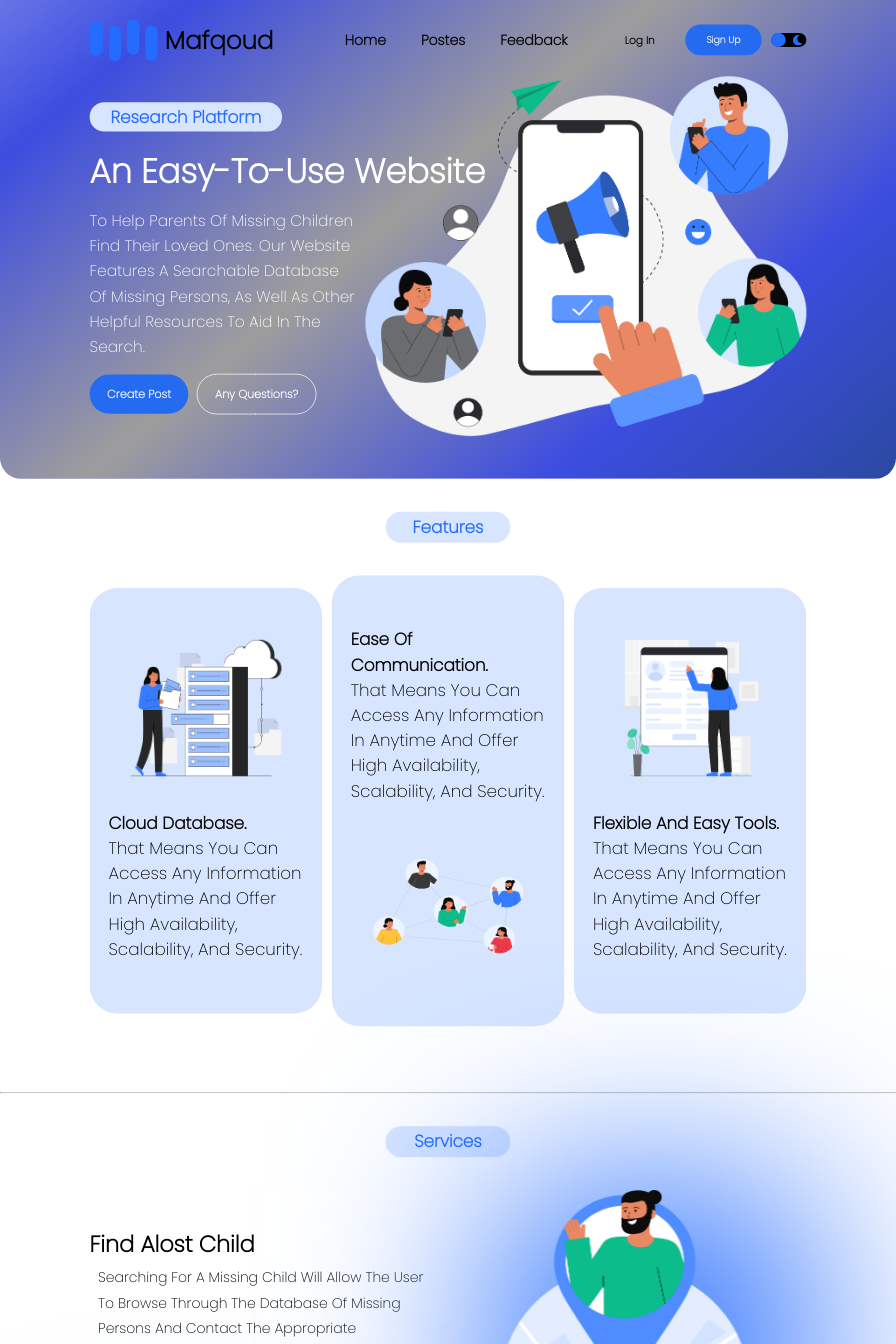
Repository: MohamedMahmoud41/Mafqoud
Page: / (app in Mafqoud/)
The author's editor kept a copy of each file at every save. The page is drawn from the files as they stood at one save, then again after the next save.
The browser window is 1280 px wide. The pictures show the part of the page from y = 0 to 1920 px (the page is 3257 px tall), at 70% of full size.
The project was rebuilt for these pictures with package versions that can differ from the ones it lists, and the page was loaded fresh each time. Also part of the build but not shown: Mafqoud/src/components/forms/postForm/CreatePost.jsx, Mafqoud/src/components/Services/posters/posters.jsx, Mafqoud/src/components/Services/Services.jsx, Mafqoud/src/components/forms/login.css, Mafqoud/src/components/forms/signup.css, Mafqoud/src/components/forms/SignupForm.js, Mafqoud/src/components/forms/Authentication.js, Mafqoud/src/components/forms/LoginForm.js and 8 more. Imported but missing from the stored project, and not drawn on this page: Mafqoud/src/components/post/CreatPost.

Above is the page before, as saved 2023-06-26 15:22:17.

### Mafqoud/public/index.html
<!DOCTYPE html>
<html lang="en">
  <head>
    <meta charset="utf-8" />
    <link rel="icon" href="./images/Group_2.png" />
    <meta name="viewport" content="width=device-width, initial-scale=1" />
    <meta name="theme-color" content="#000000" />
    <meta
      name="description"
      content="Web site created using create-react-app"
    />
    <link rel="apple-touch-icon" href="%PUBLIC_URL%/logo192.png" />
    <link
      rel="stylesheet"
      href="https://cdnjs.cloudflare.com/ajax/libs/font-awesome/6.4.0/css/all.min.css"
      integrity="sha512-iecdLmaskl7CVkqkXNQ/ZH/XLlvWZOJyj7Yy7tcenmpD1ypASozpmT/E0iPtmFIB46ZmdtAc9eNBvH0H/ZpiBw=="
      crossorigin="anonymous"
      referrerpolicy="no-referrer"
    />

    <title>Mafqoud</title>
  </head>
  <body>
    <noscript>You need to enable JavaScript to run this app.</noscript>
    <div id="root"></div>
  </body>
</html>

### Mafqoud/src/App.css
@import url("https://fonts.googleapis.com/css2?family=Poppins:wght@100;200&display=swap");

* {
  padding: 0;
  margin: 0;
  box-sizing: border-box;
  font-family: "Poppins";
}
html {
  font-size: 62.5%;
}
body {
  font-family: "Lora", serif;
  background-color: #fff;
  overflow-x: hidden;
}
::-webkit-scrollbar {
  width: 0.6rem;
}
::-webkit-scrollbar-track {
  background-color: transparent;
}
::-webkit-scrollbar-thumb {
  background-color: #246bef;
  border-bottom-right-radius: 1rem;
  border-bottom-left-radius: 1rem;
  transition: all 0.3s;
}
::-webkit-scrollbar-thumb:hover {
  background-color: #2060d7;
}
.container {
  max-width: 80%;
  margin: auto;
}

.flex {
  display: flex;

  align-items: center;
}
.row {
  display: flex;
}
.align-items {
  align-items: center;
}
.justify-content {
  justify-content: space-between;
}
.gap-10 {
  gap: 1rem;
}
a {
  text-decoration: none;
  color: #000;
  text-transform: capitalize;
}
ul {
  list-style-type: none;
}
button {
  border-radius: 8rem;
  padding: 1.2rem 3rem;
  background-color: #246bef;
  border: none;
  color: #fff;
  cursor: pointer;
  font-weight: bold;
  text-transform: capitalize;
}
.hero,
footer {
  background-image: linear-gradient(
    140deg,
    #ffffff8a,
    #0000,
    #9e9d9d,
    #0000,
    #26488d,
    #0000,
    #9e9d9d,
    #2053b9,
    #0000,
    #9e9d9d
  );
  background-size: 400%, 400%;
  animation: change 60s ease-in-out infinite;
}
@keyframes change {
  0% {
    background-position: 0% 40%;
    /* border-radius: 7%; */
  }
  5% {
    background-position: 50% 10%;
  }
  10% {
    background-position: 10% 35%;
  }
  15% {
    background-position: 15% 65%;
  }
  20% {
    background-position: 40% 10%;
  }
  25% {
    background-position: 38% 71%;
  }
  30% {
    background-position: 35% 90%;
  }
  35% {
    background-position: 65% 31%;
  }
  40% {
    background-position: 100% 50%;
  }
  45% {
    background-position: 98% 1%;
  }
  50% {
    background-position: 0% 50%;
    /* border-radius: 0%;  */
  }
  55% {
    background-position: 48% 21%;
  }
  60% {
    background-position: 75% 5%;
  }
  65% {
    background-position: 0% 100%;
  }
  70% {
    background-position: 40% 95%;
  }
  75% {
    background-position: 53% 86%;
  }
  80% {
    background-position: 100% 0%;
  }
  85% {
    background-position: 74% 70%;
  }
  90% {
    background-position: 17% 91%;
  }
  95% {
    background-position: 50% 0%;
  }
  100% {
    background-position: 0% 40%;
    /* border-radius: 7%;  */
  }
}

### Mafqoud/src/components/Pages/Pages.jsx
import React from "react";
import { BrowserRouter as Router, Switch, Route } from "react-router-dom";
import Home from "../home/Home";
import Footer from "../common/footer/Footer";
import Services from "../Services/Services";
import Header from "../common/header/Header";
import Feedback from "../feedback/feedback";
import EditPost from "../editPost/editPost";
import MyPosts from "../myPosts/myPosts";
import ValidPost from "../validPost/validPost";

const Pages = () => {
  return (
    <>
      <Router>
        <Header />
        <Switch>
          <Route exact path="/" component={Home} />
          <Route exact path="/Services" component={Services} />
          <Route exact path="/Feedback" component={Feedback} />
          <Route exact path="/editPost" component={EditPost} />
          <Route exact path="/myPosts" component={MyPosts} />
          <Route exact path="/validPost" component={ValidPost} />
        </Switch>
        <Footer />
      </Router>
    </>
  );
};

export default Pages;

### Mafqoud/src/components/home/Home.jsx
import React from "react";
import Hero from "./Hero/Hero";
import Features from "./features/Features";
import Services from "./services/Services";

function Home() {
  return (
    <>
      <Hero />
      <Features />
      <Services />
    </>
  );
}

export default Home;

### Mafqoud/src/components/common/footer/Footer.jsx
import React from "react";
import "./footer.css";
import { footer } from "../../data/Data";

import { FaTwitter } from "react-icons/fa";
import { FaFacebookF } from "react-icons/fa";
import { FaInstagram } from "react-icons/fa";
import { FaGoogle } from "react-icons/fa";
import { FaGooglePlay } from "react-icons/fa";

function Footer() {
  const handleIconClick = (url) => {
    window.open(url, "_blank"); // Opens the URL in a new tab
  };
  const GoogleMailIconClick = () => {
    const email = "mafqoudmafqoud@gmail.com";
    const subject = "Hello";
    const body = "I'm interested in your services.";

    const mailtoUrl = `mailto:${email}?subject=${encodeURIComponent(
      subject
    )}&body=${encodeURIComponent(body)}`;
    window.location.href = mailtoUrl;
  };

  return (
    <>
      <footer>
        <div className="container">
          <div className="row justify-content topfooter">
            <div className="footer-logo footer-rightside">
              <a href="/">
                <img src="./images/Horizontal_logo.png" alt="logo" />
              </a>
            </div>

            <div className="row justify-content gap-80 footer-leftside">
              {footer.map((val, index) => (
                <div className="box" key={index}>
                  <h3>{val.title}</h3>
                  <ul>
                    {val.text.map((items, index) => (
                      <li key={index}>
                        <a href={items.path}>{items.list}</a>
                      </li>
                    ))}
                  </ul>
                </div>
              ))}
            </div>
          </div>

          <div className="row justify-content downfooter">
            <div className="copyright">
              <p>© Mafqoud 2023 All rights reserved.</p>
            </div>
            <div className="social row gap-20 ">
              <FaTwitter
                className="icons"
                onClick={() =>
                  handleIconClick("https://twitter.com/mafqoud28494")
                }
              />
              <FaFacebookF
                className="icons"
                onClick={() =>
                  handleIconClick(
                    "https://www.facebook.com/profile.php?id=100093381713324"
                  )
                }
              />
              <FaInstagram
                className="icons"
                onClick={() =>
                  handleIconClick("https://z-p15.www.instagram.com/mafqoud004/")
                }
              />
            </div>
          </div>
          {/* <div className="upbutton">
            <i class="fa-solid fa-angles-up"></i>
          </div> */}
        </div>
      </footer>
    </>
  );
}

export default Footer;

### Mafqoud/src/components/home/Hero/Hero.jsx
import React, { useState } from "react";
import CreatePost from "../../forms/postForm/CreatePost";
import "./hero.css";
import "animate.css";
import TrackVisibility from "react-on-screen";
import { useHistory } from "react-router-dom";

function Hero() {
  const [isModalOpen, setIsModalOpen] = useState(false);
  const history = useHistory();

  const toggleModal = () => {
    if (localStorage.getItem("token")) {
      setIsModalOpen(!isModalOpen);
    } else {
      alert("You Must Login First ");
    }
  };

  return (
    <>
      <section className="hero">
        <TrackVisibility>
          {({ isVisible }) => (
            <div
              className={
                isVisible ? "animate__animated animate__slideInUp" : ""
              }
            >
              <div className="container">
                <div className="row row-sm mt-1 gap-10 flex-direction-col justify-content align-items flex-direction-col">
                  <div className="rightside">
                    <h2>research platform</h2>
                    <h1>an easy-to-use website</h1>
                    <p>
                      to help parents of missing children find their loved ones.
                      Our website features a searchable database of missing
                      persons, as well as other helpful resources to aid in the
                      search.
                    </p>
                    <div className="row  align-items smail-btn btn-box">
                      <button className="btn herobtn-1" onClick={toggleModal}>
                        Create post
                      </button>
                      <button
                        className=" btn herobtn-2"
                        onClick={() => history.push("/feedback")}
                      >
                        Any questions?
                      </button>
                    </div>
                  </div>
                  <div className="leftside">
                    <img src="./images/Refer_a_friend.png" alt="Oops" />
                  </div>
                </div>
              </div>
            </div>
          )}
        </TrackVisibility>
      </section>

      {isModalOpen && (
        <div className="post-modal">
          <div onClick={toggleModal} className="overlay"></div>
          <CreatePost />
        </div>
      )}
    </>
  );
}

export default Hero;

### Mafqoud/src/components/home/features/Features.jsx
import React from "react";
import "./features.css";
import "animate.css";
import TrackVisibility from "react-on-screen";
function Features() {
  return (
    <>
    <section className="features">
    <div className="container container-1">
      <h2>features</h2>
      <TrackVisibility offset={490}>
        {({ isVisible }) => (
          <div
            className={
              isVisible ? "animate__animated animate__jackInTheBox" : ""
            }
          >
            <div className="row gap-10 justify-content align-items display-block mb-70">
              <div className="card ">
                <img
                  className="mb34"
                  src="./images/Group1.png"
                  alt="Group1"
                />
                <p>
                  <strong>Cloud Database.</strong>
                  <br />
                  that means you can access any information in anytime and
                  offer high availability, scalability, and security.
                </p>
              </div>
              <div className="card">
                <p className="mb34">
                  <strong>Ease of communication.</strong>
                  <br />
                  that means you can access any information in anytime and
                  offer high availability, scalability, and security.
                </p>
                <img src="./images/Group.png" alt="Group" />
              </div>
              <div className="card">
                <img className="mb34" src="./images/Form.png" alt="Form" />
                <p>
                  <strong>flexible and easy tools.</strong>
                  <br />
                  that means you can access any information in anytime and
                  offer high availability, scalability, and security.
                </p>
              </div>
            </div>
          </div>
        )}
      </TrackVisibility>
    </div>
    <hr />
  </section>
</>
);
}

export default Features;

### Mafqoud/src/components/home/services/Services.jsx
import React, { useState } from "react";
import Modal from "react-modal";
import CreatePost from "../../post/CreatPost";
import "./services.css";
import "animate.css";
import TrackVisibility from "react-on-screen";

function Services() {
  const [isModalOpen, setIsModalOpen] = useState(false);

  const openModal = () => {
    setIsModalOpen(true);
  };

  const closeModal = () => {
    setIsModalOpen(false);
  };
  return (
    <>
      <section className="services">
        <div className="container">
          <h2>services</h2>
          <div className="row flex-direction  gap-105 justify-content align-items mb-70 ">
            <div className="leftSideText text-1">
              <TrackVisibility offset={390}>
                {({ isVisible }) => (
                  <div
                    className={
                      isVisible ? "animate__animated animate__slideInLeft" : ""
                    }
                  >
                    <h3>Find alost child</h3>
                    <p>
                      Searching for a missing child will allow the user to
                      browse through the database of missing persons and contact
                      the appropriate authorities if a match is found. We
                      understand the urgency and importance of finding a missing
                      child and are here to provide the necessary support, We
                      offer two main features on our website.
                    </p>
                  </div>
                )}
              </TrackVisibility>
            </div>
            <div className="rightSideImage image-1">
              <div className="bg-color"></div>
              <img src="./images/Share_location.png" alt="" />
            </div>
          </div>
          <div className="row  flex-direction gap-105 justify-content align-items mb-70">
            <div className="leftSideImage">
              <div className="bg-color"></div>
              <img src="./images/Frame.png" alt="" />
            </div>
            <TrackVisibility>
              {({ isVisible }) => (
                <div
                  className={
                    isVisible ? "animate__animated animate__slideInRight" : ""
                  }
                >
                  <div className="rightSideText">
                    <h3>post alost child</h3>
                    <p>
                      Posting a missing child will allow parents to reach out to
                      the community to help find their child. We understand the
                      urgency and importance of finding a missing child and are
                      here to provide the necessary support, We offer two main
                      features on our website.
                    </p>
                  </div>
                </div>
              )}
            </TrackVisibility>
          </div>
          <TrackVisibility>
            {({ isVisible }) => (
              <div
                className={
                  isVisible ? "animate__animated animate__pulse" : ""
                }
              >
                <button className="btn servicesbtn-1" onClick={openModal}>
                  Create Post
                </button>
              </div>
            )}
          </TrackVisibility>
        </div>
      </section>
      <Modal
        isOpen={isModalOpen}
        onRequestClose={closeModal}
        contentLabel="API Form"
      >
        <CreatePost />
      </Modal>
    </>
  );
}

export default Services;

### Mafqoud/src/components/editPost/editPost.css
.EditPost {
  padding: 10rem;
  padding-top: 15rem;
  margin: 0 auto;
}
.CreatPostTitle {
  color: #ffffff;
  font-size: 2rem;
  margin-bottom: 1.5rem;
  position: relative;
}
.CreatPostTitle::after {
  position: absolute;
  content: "";
  background-color: #246bef;
  width: 15.1rem;
  height: 0.3rem;
  bottom: -8%;
  left: -0.5%;
  border-radius: 1rem;
}
.FormContainer {
  display: flex;
  justify-content: center;
  align-items: center;
}
/* Input & Label Styling */
.InputForm {
  width: 80%;
  border: #246bfe 0.1rem solid;
  border-radius: 0.4rem;
  margin: 0.5rem 0;
  height: 3rem;
  padding: 0 1rem;
}
.LabelForm {
  width: 19%;
  color: #fff;
  font-weight: 500;
  font-size: 1.3rem;
}
input::placeholder {
  display: flex;
  font-size: 1.5rem;
}
/* Caption handeling */
.zero {
  margin-top: 1.5rem;
  align-self: flex-start;
}
.CaptionHeight {
  height: 15rem !important;
  resize: none;
  overflow: scroll;
  padding: 1rem 1rem !important;
}
/* Input Photo Styling */
.InputPhotoForm {
  width: 80%;
}
.PhotoForm {
  border-radius: 1.2rem;
  border: 0.1rem #246bfe solid;
  padding: 0.5rem 0.25rem;
  background-color: #fff;
}
#photo {
  border: 0.1rem solid #ccc;
  font-size: 1.6rem;
  visibility: hidden;
}
#photo:hover::before {
  box-shadow: 0 0 0.1rem 0.1rem #246bfe;
  background-color: #246bfe;
  color: #ffffff;
}
#photo::-webkit-file-upload-button {
  visibility: hidden;
}
#photo::before {
  content: "Upload Photo";
  display: inline-block;
  background: #ffffff;
  color: #246bfe;
  border: none;
  padding: 0.8rem 3rem;
  cursor: pointer;
  border-radius: 1.2rem;
  font-size: 1.5rem;
  font-weight: 600;
  visibility: visible;
  transition: all 0.3s;
}
/* Buttons Styling */
.FormButtons {
  display: flex;
  justify-content: center;
  align-items: center;
}
.ButtonForm {
  margin-top: 3rem;
  padding: 1rem 5rem;
  border-radius: 3rem;
  border: none;
  font-size: 1.5rem;
  font-weight: 580;
  background-color: #246bfe;
  color: #ffffff;
}
.ButtonForm:hover {
  box-shadow: 0 0 0.1rem 0.1rem #246bfe;
  background-color: #ffffff;
  color: #246bfe;
  cursor: pointer;
}
/**/
.ToggleContainer {
  display: flex;
  justify-content: right;
  align-items: center;
}
.toggel-span {
  margin-right: 1rem;
  color: #ffffff;
  font-size: 1.5rem;
  font-weight: 600;
}

Loaded but not shown: Mafqoud/src/index.js (common file); Mafqoud/src/components/data/Data.js (133 lines, source omitted); Mafqoud/src/App.js (8 lines, source omitted); Mafqoud/src/components/common/header/header.css (690 lines, source omitted); Mafqoud/src/components/forms/postForm/CreatePost.css (507 lines, source omitted); Mafqoud/src/components/common/header/Header.jsx (222 lines, source omitted); Mafqoud/src/components/common/footer/footer.css (379 lines, source omitted); Mafqoud/src/components/home/Hero/hero.css (280 lines, source omitted); Mafqoud/src/components/home/services/services.css (253 lines, source omitted); Mafqoud/src/components/Services/posters/posters.css (247 lines, source omitted); Mafqoud/src/components/home/features/features.css (219 lines, source omitted); Mafqoud/src/components/validPost/validPost.css (no stored copy; drawn as an empty file)

After the next save:
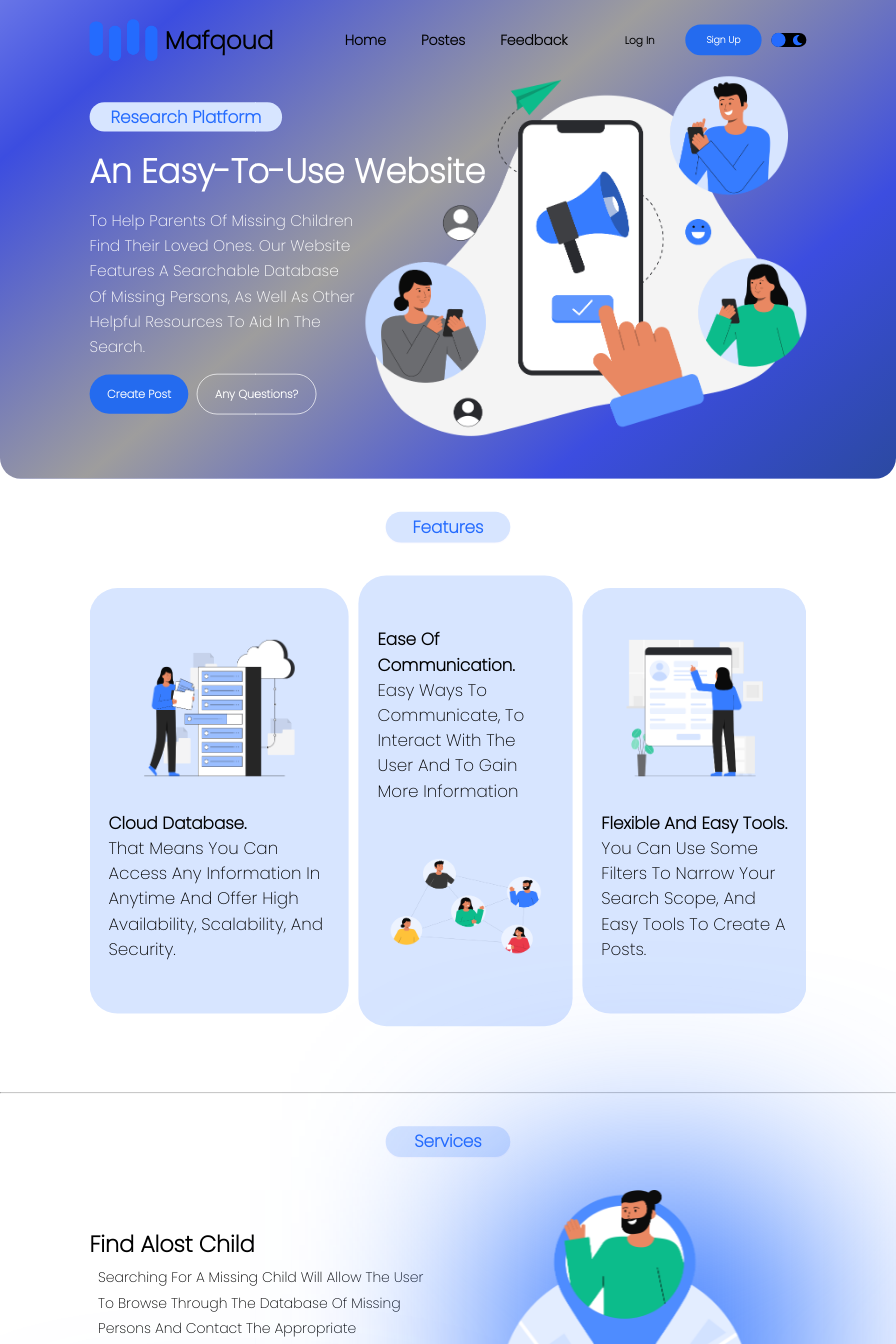
Saved 2 min 8 s later.
--- a/Mafqoud/src/components/home/features/Features.jsx
+++ b/Mafqoud/src/components/home/features/Features.jsx
@@ -12,7 +12,7 @@ function Features() {
         {({ isVisible }) => (
           <div
             className={
-              isVisible ? "animate__animated animate__jackInTheBox" : ""
+              isVisible ? "animate__animated animate__fadeInLeft" : ""
             }
           >
             <div className="row gap-10 justify-content align-items display-block mb-70">
@@ -25,16 +25,19 @@ function Features() {
                 <p>
                   <strong>Cloud Database.</strong>
                   <br />
-                  that means you can access any information in anytime and
-                  offer high availability, scalability, and security.
+                  that means you can access
+                  any information in anytime
+                  and offer high availability,
+                  scalability, and security.
                 </p>
               </div>
               <div className="card">
                 <p className="mb34">
                   <strong>Ease of communication.</strong>
                   <br />
-                  that means you can access any information in anytime and
-                  offer high availability, scalability, and security.
+                  Easy ways to communicate,
+                  to interact with the user
+                  and to gain more information
                 </p>
                 <img src="./images/Group.png" alt="Group" />
               </div>
@@ -43,8 +46,10 @@ function Features() {
                 <p>
                   <strong>flexible and easy tools.</strong>
                   <br />
-                  that means you can access any information in anytime and
-                  offer high availability, scalability, and security.
+                  you can use some filters to
+                  narrow your search scope,
+                  and easy tools to create a
+                  posts.
                 </p>
               </div>
             </div>
